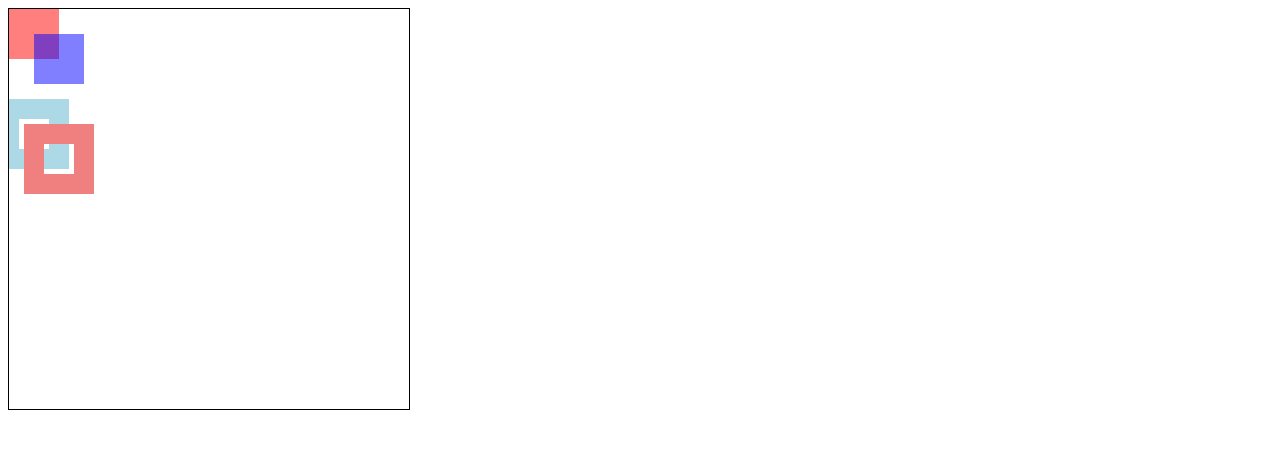
Repository: Jhin7782/HBuilder-Projects
Page: 【JS高程3】/15`使用Canvas绘图/15.2 2D上下文/15.2.2 绘制矩形/index.html
The author's editor kept a copy of each file at every save. The page is drawn from the files as they stood at one save, then again after the next save.
The browser window is 1280 px wide. The pictures show the whole page.

Above is the page before, as saved 2017-06-09 06:10:38.

### 【JS高程3】/15`使用Canvas绘图/15.2 2D上下文/15.2.2 绘制矩形/index.html
<!DOCTYPE html>
<html>
	<head>
		<meta charset="UTF-8">
		<title></title>
		<style type="text/css">
			canvas {
				border: 1px solid;
			}
		</style>
	</head>
	<body>
		<canvas id="drawing" width="400" height="400">A drawing of something.</canvas>

		<script type="text/javascript">
			var drawing = document.getElementById("drawing");
			if (drawing.getContext) {
				//画笔
				var context = drawing.getContext("2d");
				//填充
				context.fillStyle = "rgba(255, 0, 0, 0.5)";
				context.fillRect(0, 0, 50, 50);
				context.fillStyle = "rgba(0, 0, 255, 0.5)";
				context.fillRect(25, 25, 50, 50);
				//描边
				context.lineWidth = 20;
				context.strokeStyle = "lightblue";
				context.strokeRect(0, 100, 50, 50);
				context.strokeStyle = "lightcoral";
				context.strokeRect(25, 125, 50, 50);

			}
		</script>
	</body>
</html>

After the next save:
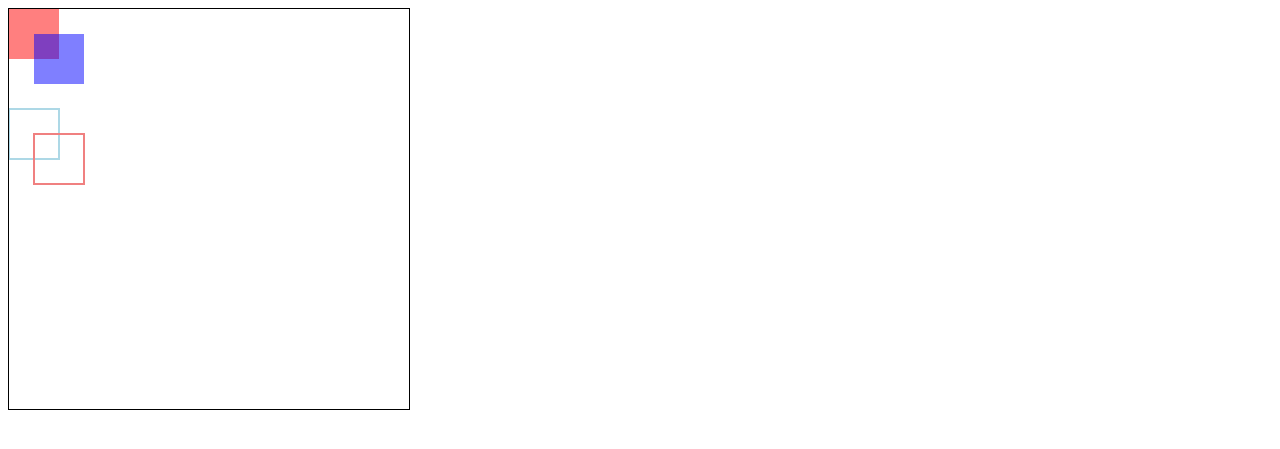
Saved 4 s later.
--- a/【JS高程3】/15`使用Canvas绘图/15.2 2D上下文/15.2.2 绘制矩形/index.html
+++ b/【JS高程3】/15`使用Canvas绘图/15.2 2D上下文/15.2.2 绘制矩形/index.html
@@ -23,7 +23,7 @@
 				context.fillStyle = "rgba(0, 0, 255, 0.5)";
 				context.fillRect(25, 25, 50, 50);
 				//描边
-				context.lineWidth = 20;
+				context.lineWidth = 2;
 				context.strokeStyle = "lightblue";
 				context.strokeRect(0, 100, 50, 50);
 				context.strokeStyle = "lightcoral";

After the save that followed:
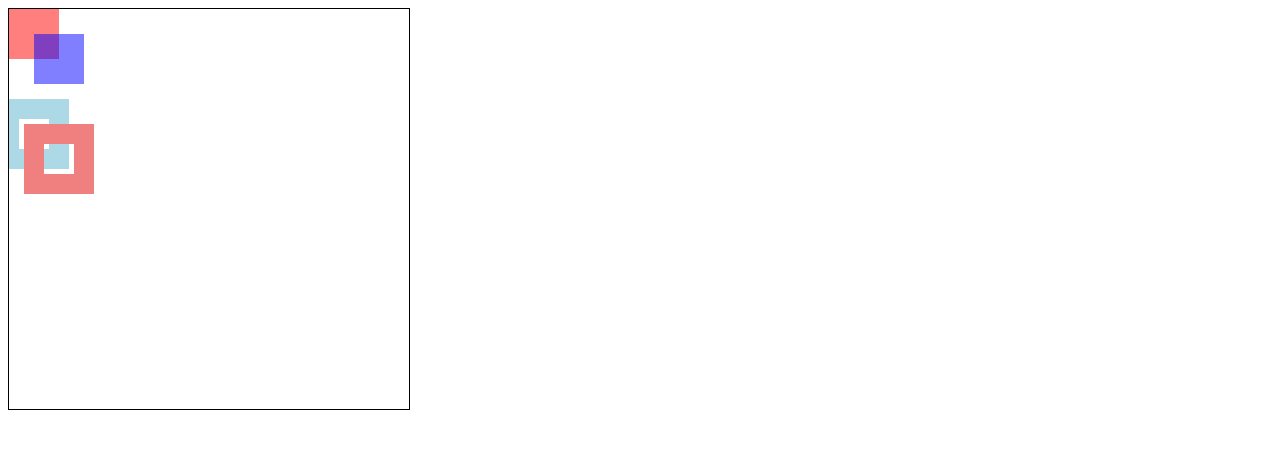
Saved 4 s later.
--- a/【JS高程3】/15`使用Canvas绘图/15.2 2D上下文/15.2.2 绘制矩形/index.html
+++ b/【JS高程3】/15`使用Canvas绘图/15.2 2D上下文/15.2.2 绘制矩形/index.html
@@ -23,7 +23,7 @@
 				context.fillStyle = "rgba(0, 0, 255, 0.5)";
 				context.fillRect(25, 25, 50, 50);
 				//描边
-				context.lineWidth = 2;
+				context.lineWidth = 20;
 				context.strokeStyle = "lightblue";
 				context.strokeRect(0, 100, 50, 50);
 				context.strokeStyle = "lightcoral";
